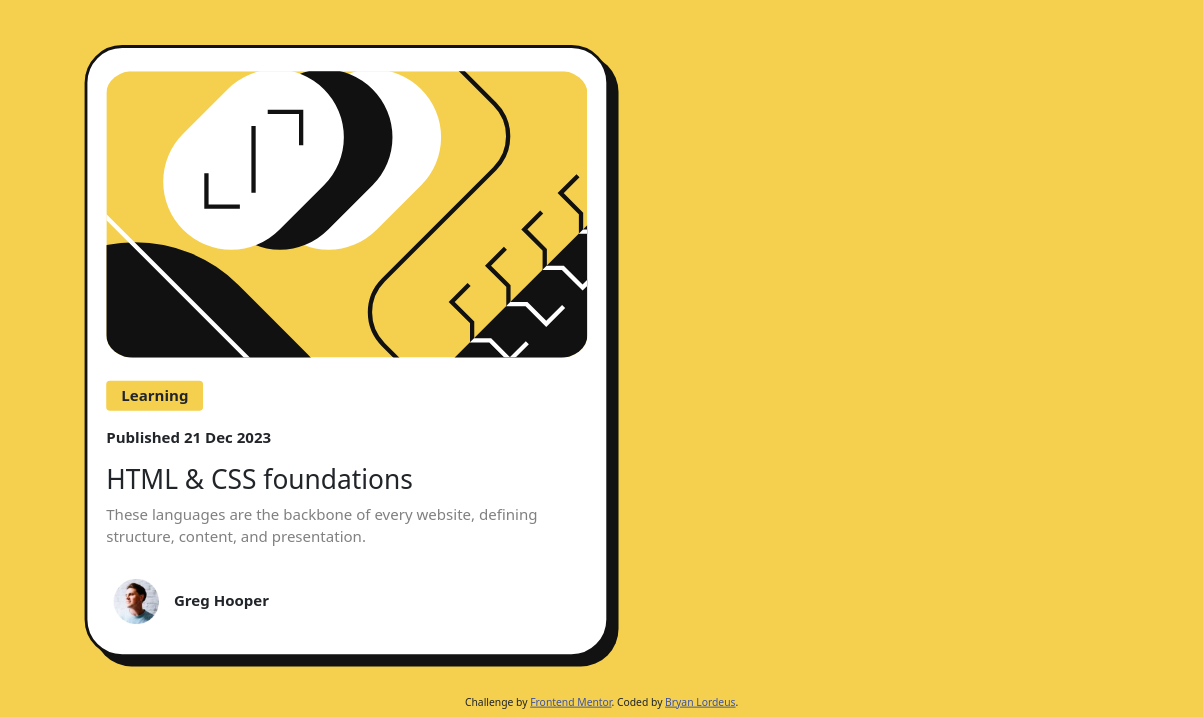
Repository: blordeus/blog-preview-card
Page: index.html
The author's editor kept a copy of each file at every save. The page is drawn from the files as they stood at one save, then again after the next save.
The browser window is 1280 px wide. The pictures show the whole page, at 94% of full size.
The style sheet was rebuilt from its Sass, Less or Tailwind sources for each picture, by a compiler version that may differ from the author's.

Above is the page before, as saved 2024-02-10 11:02:05.

### index.html
<!DOCTYPE html>
<html lang="en">
<head>
  <meta charset="UTF-8">
  <meta name="viewport" content="width=device-width, initial-scale=1.0"> <!-- displays site properly based on user's device -->

  <link rel="icon" type="image/png" sizes="32x32" href="./assets/images/favicon-32x32.png">
  <link rel="stylesheet" href="style.css">
  <link href="https://cdn.jsdelivr.net/npm/bootstrap@5.1.3/dist/css/bootstrap.min.css" rel="stylesheet" integrity="sha384-1BmE4kWBq78iYhFldvKuhfTAU6auU8tT94WrHftjDbrCEXSU1oBoqyl2QvZ6jIW3" crossorigin="anonymous">
  <title>Frontend Mentor | Blog preview card</title>

</head>
<body class="yellow-bg container">
<main class=" white-bg black-shadow row py-4 px-2 mx-2 my-5 grid grid-rows-4 justify-items-center align-content-start">
    <img class="img-header rounded-edges" src="assets\images\illustration-article.svg" alt="header image">
    <div class="mt-4">
      <p class="yellow-bg d-inline-block px-3 py-1 rounded fw-bold">Learning</p>
    </div>

    <p class="fw-bold">Published 21 Dec 2023</p>

    <h1 class="h3">HTML & CSS foundations</h1>

    <p class="grey-text">These languages are the backbone of every website, defining structure, content, and presentation.</p>

    <div class="d-flex gap-2 pt-2 align-items-center">
      <img class="greg" src="assets\images\image-avatar.webp" alt="author image">
      <p class="mt-3 fw-bold">Greg Hooper</p>
    </div>

</main>
<div class="attribution d-none d-sm-block translate-middle-y">
    Challenge by <a href="https://www.frontendmentor.io?ref=challenge" target="_blank">Frontend Mentor</a>.
    Coded by <a href="www.bryanlordeus.com">Bryan Lordeus</a>.
  </div>
</body>
</html>

### style.scss
@font-face {
    font-family: Figtree;
    src: url(./assets/fonts/Figtree-VariableFont_wght.ttf);
}

@font-face {
    font-family: Figtree-Italic;
    src: url(./assets/fonts/Figtree-Italic-VariableFont_wght.ttf) format("truetype");
    font-style: italic;
}

// Primary

$Yellow: hsl(47, 88%, 63%);

// Neutral

$White: hsl(0, 0%, 100%);
$Grey: hsl(0, 0%, 50%);
$Black: hsl(0, 0%, 7%);

body {
    font-family: Figtree;
}

main{
    border-radius: 10px;
}

.rounded-edges {
    border-radius: 5%;
}

p {
    font-size: 16px;
}


.yellow-bg {
    background-color: $Yellow;

}

.black-bg {
    background-color: $Black;
}

//create a black shadow for the box that offsets to the right and bottom

.black-shadow {
    box-shadow: 10px 10px 0px $Black;
    border: 2px solid $Black;
}

.grey-text {
    color: $Grey;
}

.white-bg {
    background-color: $White;
}

.black-text {
    color: $Black;
}

.greg {
    scale: 0.75;
}

.attribution { font-size: 11px; text-align: center; }
.attribution a { color: hsl(228, 45%, 44%); }

//media query for desktop

@media (min-width: 768px) {
    .black-shadow {
        box-shadow: 10px 10px 0px $Black;
        border: 3px solid $Black;
    }

    .img-header {
        max-width: 100%;
    }

    //reduce main box size and center it to screen

    main {
        border-radius: 40px;
        max-width: 50%;
        margin-inline: auto;
        //center box to screen
    }

    .rounded-edges {
        border-radius: 8%;
    }

}

After the next save:
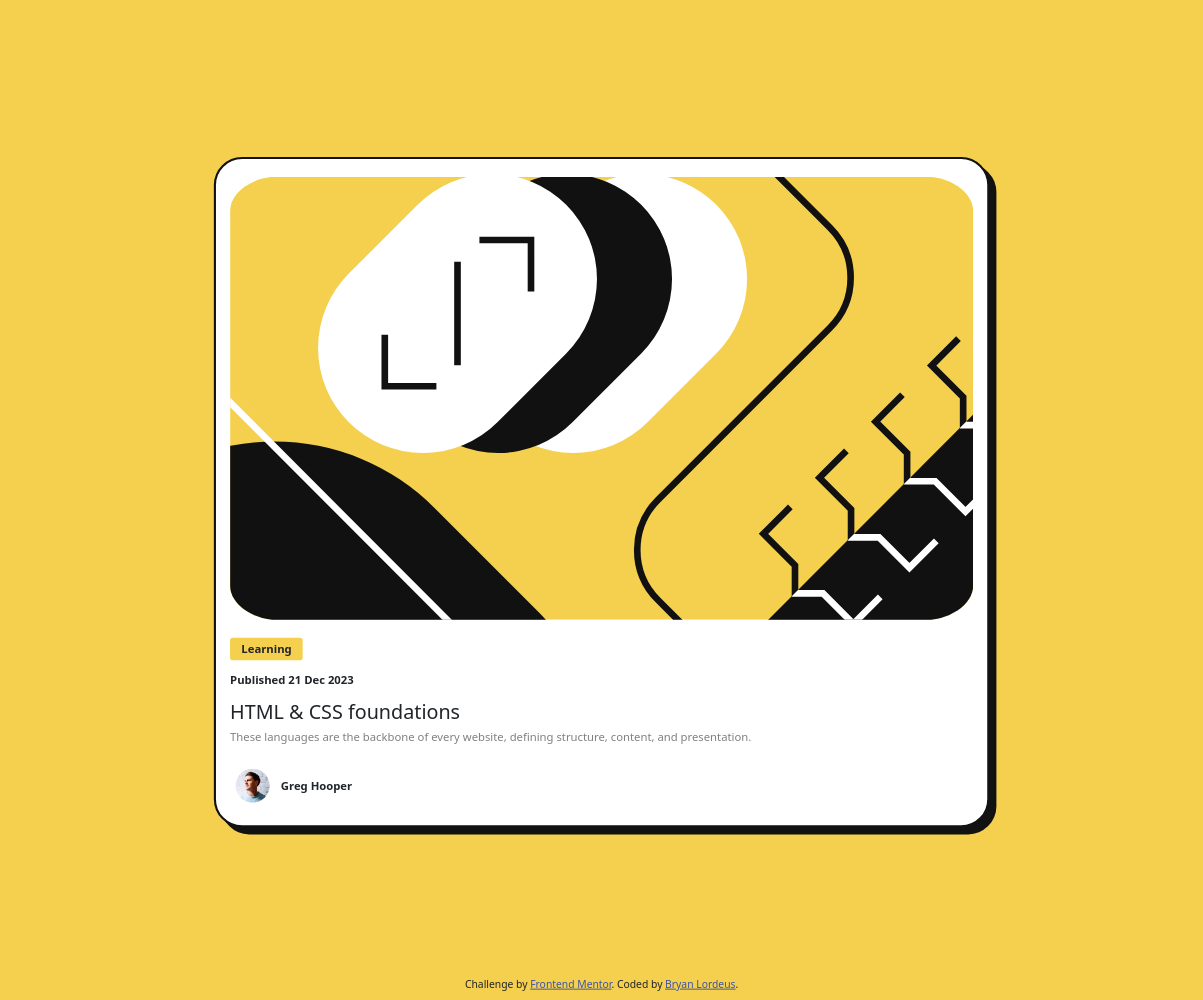
Saved 23 s later.
--- a/style.scss
+++ b/style.scss
@@ -87,7 +87,7 @@ p {
 
     main {
         border-radius: 40px;
-        max-width: 50%;
+        scale: 0.75;
         margin-inline: auto;
         //center box to screen
     }
